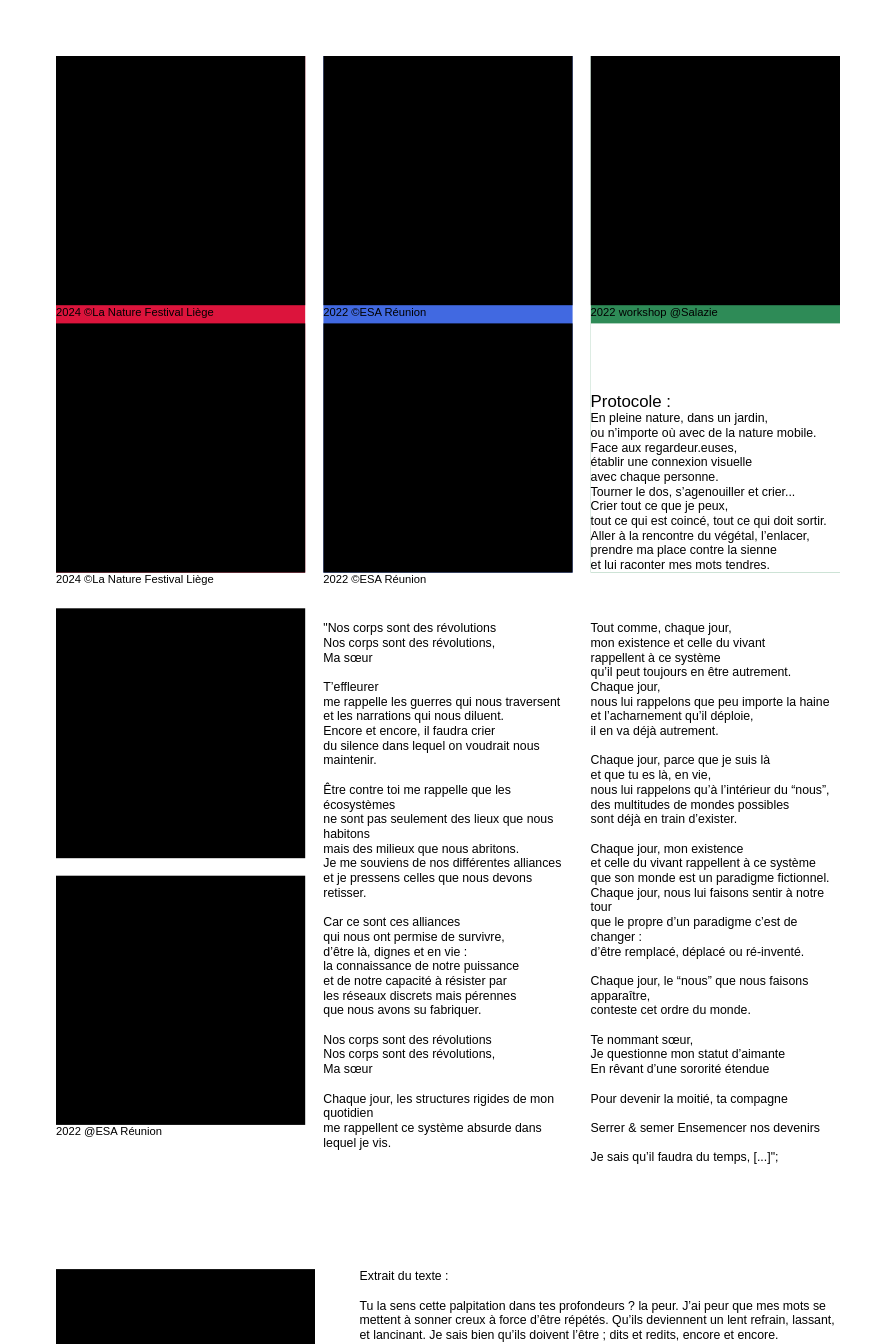
Repository: brunrhb/oce-p
Page: index.html
The author's editor kept a copy of each file at every save. The page is drawn from the files as they stood at one save, then again after the next save.
The browser window is 1280 px wide. The pictures show the part of the page from y = 0 to 1920 px (the page is 4769 px tall), at 70% of full size.

Above is the page before, as saved 2025-06-14 17:34:09.

After the next save:
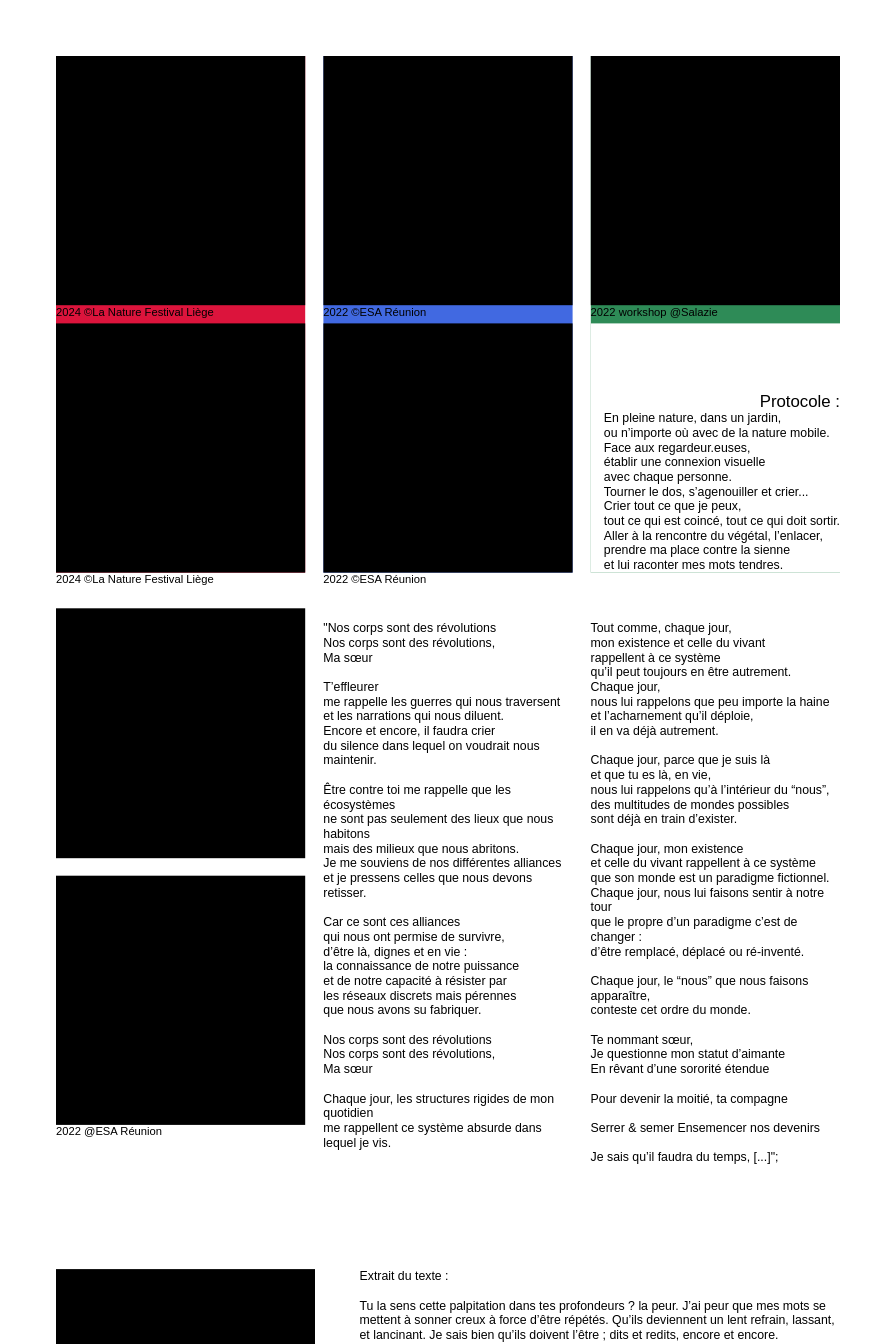
Saved 53 s later.
--- a/styles.css
+++ b/styles.css
@@ -210,10 +210,13 @@ body {
 .text-block-p2 {
 }
 .protocole-titre {
+   margin-left: auto;
 }
 .protocole-corps {
+   margin-left: auto;
 }
 .lien {
+   margin-left: auto;
 }
 .extrait {
 }
